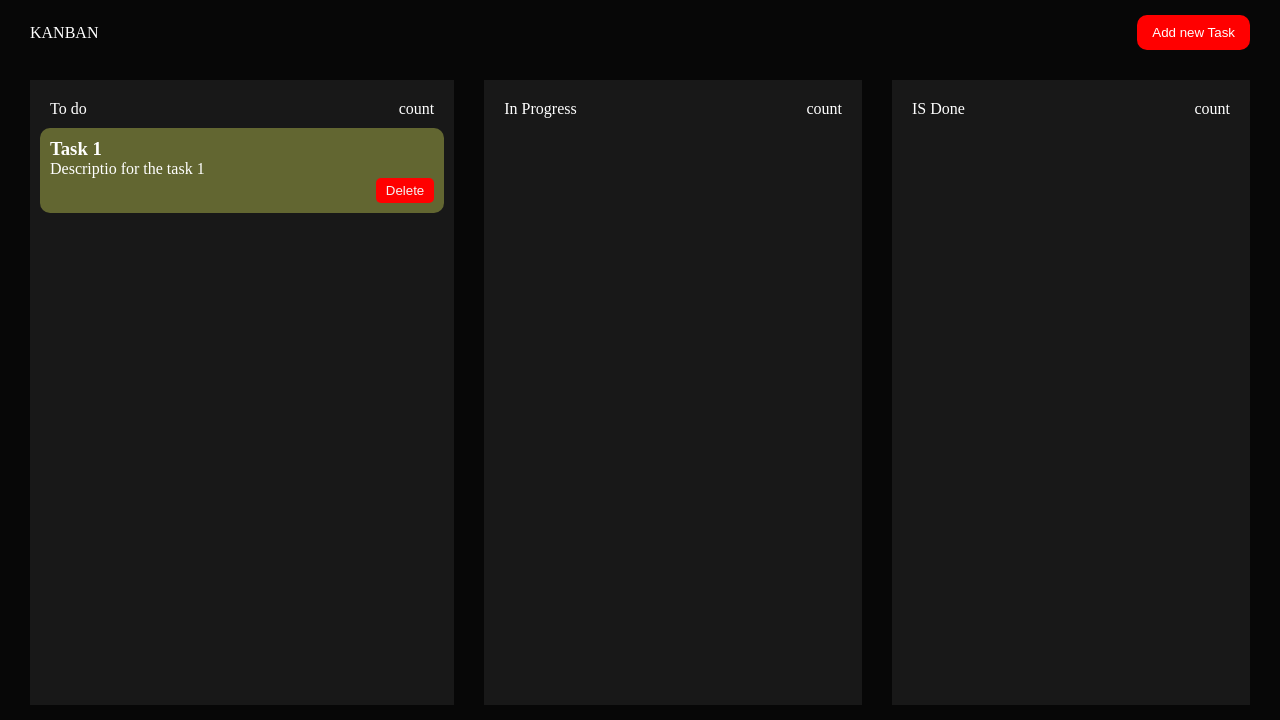
Repository: Sandeepji-5/Kanban-board
Page: index.html
An editor plug-in stored every save of this project. The page is shown before and after the next save, followed by the edit.
The browser window is 1280 px wide. The pictures show the whole page.

Above is the page before, as saved 2025-12-09 17:33:54.

After the next save:
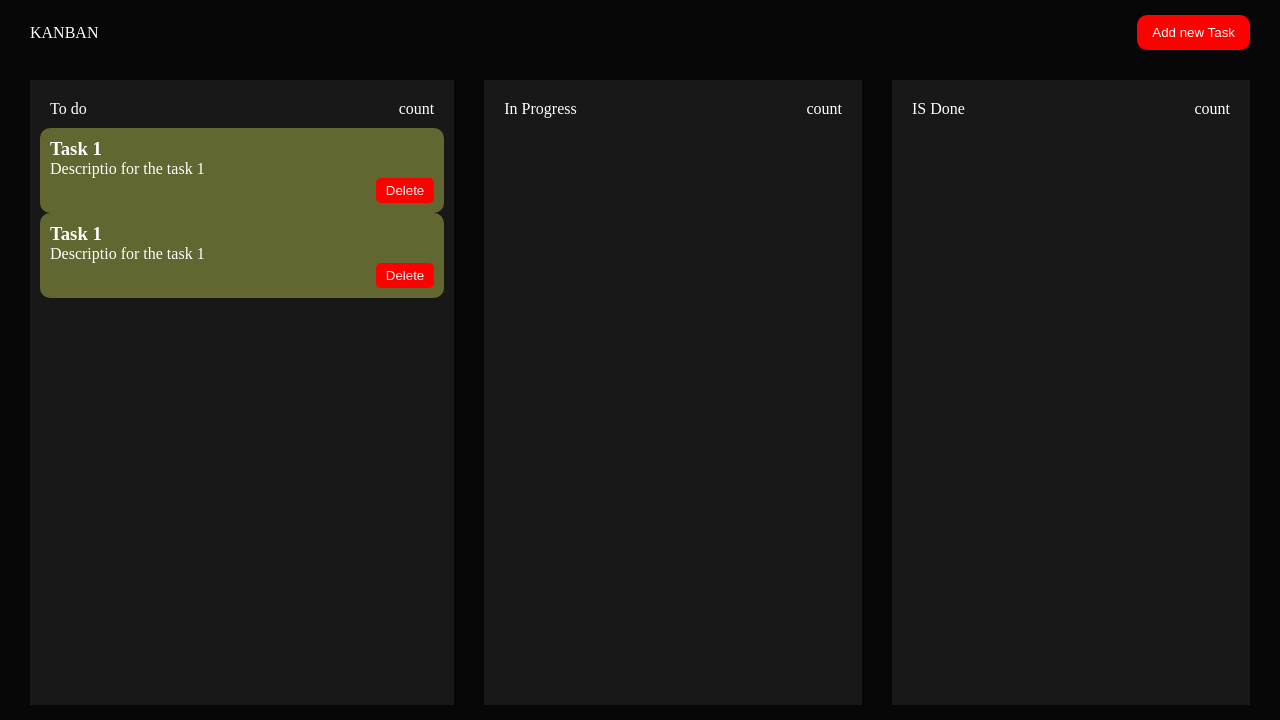
Saved 62 s later.
--- a/index.html
+++ b/index.html
@@ -23,7 +23,14 @@
                     <p>Descriptio for the task 1 </p>
                     <button>Delete</button>
                 </div>
+                <div draggable="true" class="task">
+                    <h3>Task 1</h3>
+                    <p>Descriptio for the task 1 </p>
+                    <button>Delete</button>
+                </div>
             </div>
+
+
             <div id="progress" class="task-column">
                 <div class="heading">
                     <div class="left">In Progress</div>
